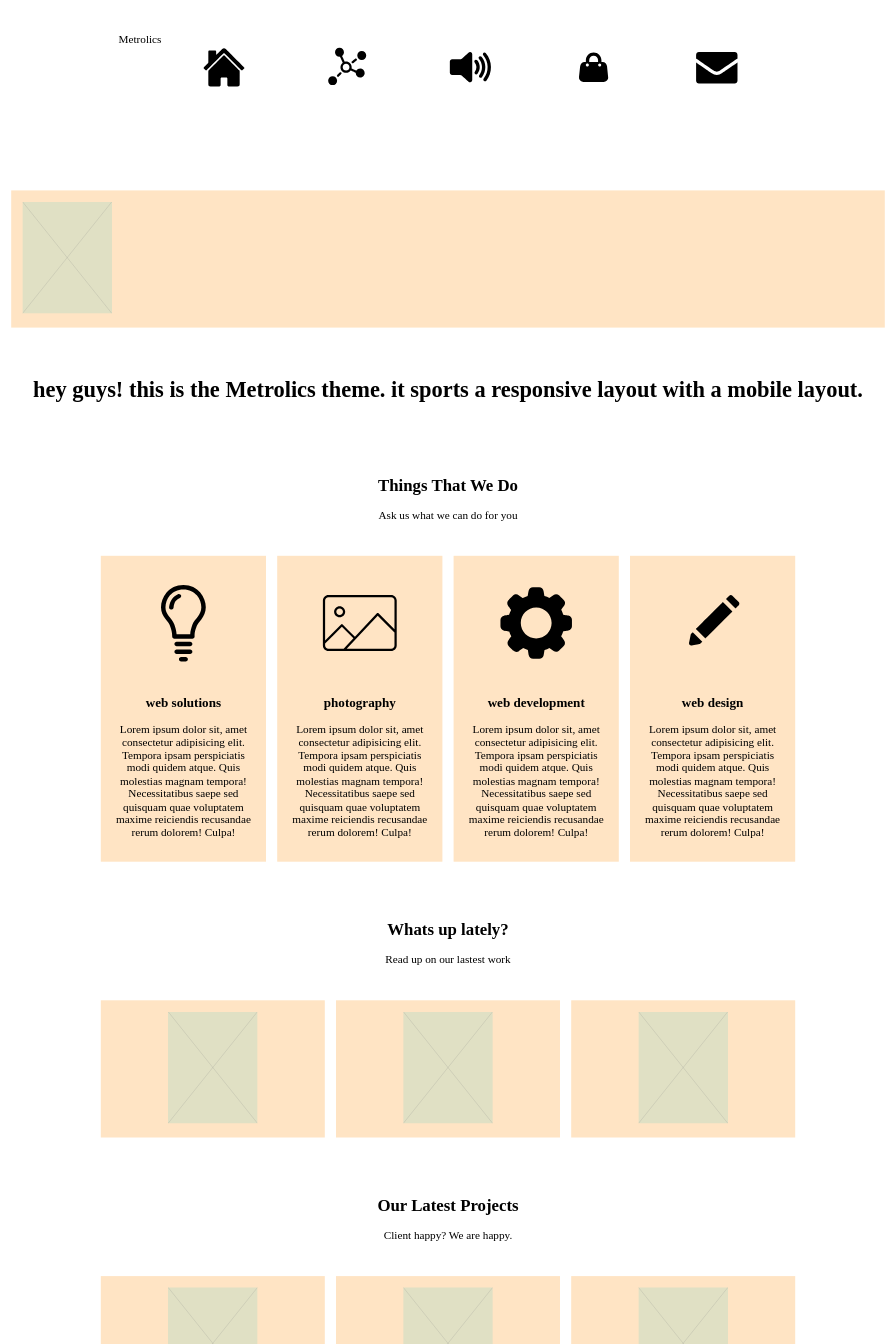
Repository: jjennbui/MDIA2003G-Assignment03B
Page: index.html
These files come from the project's save history. The page is drawn as it stood at one moment and after a run of saves; the edit follows.
The browser window is 1280 px wide. The pictures show the part of the page from y = 0 to 1920 px (the page is 2715 px tall before and 2720 px after), at 70% of full size.

Above is the page before, as saved 2023-01-30 23:23:43.

### index.html
<!doctype html>
<html class="no-js" lang="">

<head>
  <meta charset="utf-8">
  <title></title>
  <meta name="description" content="">
  <meta name="viewport" content="width=device-width, initial-scale=1">

  <meta property="og:title" content="">
  <meta property="og:type" content="">
  <meta property="og:url" content="">
  <meta property="og:image" content="">

  <link rel="manifest" href="site.webmanifest">
  <link rel="apple-touch-icon" href="icon.png">
  <!-- Place favicon.ico in the root directory -->

  <link rel="stylesheet" href="css/normalize.css">
  <link rel="stylesheet" href="css/main.css">

  <meta name="theme-color" content="#fafafa">
</head>

<body>

  <div class="menu">
    <div class="row tabs">
      <div class="Metrolics">Metrolics</div>

      <div class="navicon"> <img src="img/house-solid.svg"  >
      </div>
      <div class="navicon"> <img src="img/network-solid.svg">
      </div>
      <div class="navicon"><img src="img/volume-3-solid.svg">
      </div>
      <div class="navicon"> <img src="img/handbag-solid.svg">
      </div>
      <div class="navicon"> <img src="img/envelope-solid.svg">
       </div>
    </div>
    <div class="hamburger">
    <img src="img/three-bars-solid.svg">
    </div>
  </div>


  <div class="main-image">
    <div class="col">
      <img src="img/placeholder (1).svg">
    </div>
  </div>

  <div class="SECTION-ONE">
    <div class="text">
      <h1>hey guys! this is the Metrolics theme. it sports a responsive layout with a mobile layout.</h1>
    </div>
  </div>

  <div class="SECTION-TWO">

    <div class="text">
    <h2>Things That We Do</h2>
    <p>Ask us what we can do for you</p>
    </div>

    <div class="row m-row-2">
      <div class="col">
        <img src="img/fi-xnsuxl-bulb.svg" >
        <h3>web solutions</h3>
        <p>Lorem ipsum dolor sit, amet consectetur adipisicing elit. Tempora ipsam perspiciatis modi quidem atque. Quis
          molestias magnam tempora! Necessitatibus saepe sed quisquam quae voluptatem maxime reiciendis recusandae rerum
          dolorem! Culpa!</p>
      </div>
      <div class="col">
        <img src="img/fi-xtluxl-image-thin.svg">
        <h3>photography</h3>
        <p>Lorem ipsum dolor sit, amet consectetur adipisicing elit. Tempora ipsam perspiciatis modi quidem atque. Quis
          molestias magnam tempora! Necessitatibus saepe sed quisquam quae voluptatem maxime reiciendis recusandae rerum
          dolorem! Culpa!</p>
      </div>
      <div class="col">
        <img src="img/fi-xnsuxl-setting-solid.svg">
        <h3>web development</h3>
        <p>Lorem ipsum dolor sit, amet consectetur adipisicing elit. Tempora ipsam perspiciatis modi quidem atque. Quis
          molestias magnam tempora! Necessitatibus saepe sed quisquam quae voluptatem maxime reiciendis recusandae rerum
          dolorem! Culpa!</p>
      </div>
      <div class="col">
        <img src="img/fi-xwsuxl-pen.svg">
        <h3>web design</h3>
        <p>Lorem ipsum dolor sit, amet consectetur adipisicing elit. Tempora ipsam perspiciatis modi quidem atque. Quis
          molestias magnam tempora! Necessitatibus saepe sed quisquam quae voluptatem maxime reiciendis recusandae rerum
          dolorem! Culpa!</p>
      </div>
    </div>
  </div>

  <div class="SECTION-THREE">
    <div class="text">
      <h2>Whats up lately?</h2>
      <p>Read up on our lastest work</p>
    </div>
    <div class="row m-row-3">
      <div class="col m-row-span">
        <img src="img/placeholder (1).svg">
      </div>
      <div class="col">
        <img src="img/placeholder (1).svg">
      </div>
      <div class="col">
        <img src="img/placeholder (1).svg">
      </div>
      <div class="column">
        <img src="img/placeholder (1).svg">
      </div>
    </div>
  </div>

  <div class="SECTION-FOUR">
    <div class="text">
      <h2>Our Latest Projects</h2>
      <p>Client happy? We are happy.</p>
    </div>
    <div class="row m-row-4">
      <div class="col m-row-span">
        <img src="img/placeholder (1).svg">
      </div>
      <div class="col">
        <img src="img/placeholder (1).svg">
      </div>
      <div class="col">
        <img src="img/placeholder (1).svg">
      </div>
      <div class="col">
        <img src="img/placeholder (1).svg">
      </div>
      <div class="col">
        <img src="img/placeholder (1).svg">
      </div>
      <div class="col">
        <img src="img/placeholder (1).svg">
      </div>
    </div>
  </div>




  <div class="footer">
    <div class="text">
      <H1>FOOTER</H1>
    </div>
    <div class="row m-row-7">
    <div class="col">
      <H1>GRID</H1>
      <img src="img/placeholder (1).svg" alt="placeholder">
    </div>
    <div class="col">
      <H1>GRID</H1>
      <img src="img/placeholder (1).svg" alt="placeholder">
    </div>
    <div class="col2">
      <H1>GRID</H1>
      <img src="img/placeholder (1).svg" alt="placeholder">
    </div>
    <div class="col2">
      <H1>GRID</H1>
      <img src="img/placeholder (1).svg" alt="placeholder">
    </div>
  </div>
  </div>





</body>

</html>

### css/main.css
*,
*:before,
*:after {
  box-sizing: border-box;
}

img {
  width: 100%;

}




div,
main,
section,
footer,
main,
header {

  min-height: 1rem;
  padding: 1rem;


}

.navicon{
  display: flex;
  justify-items: center;
}

.row {
  display: grid;
  row-gap: 1rem;

}

.col {
  position: relative;
  background-color: bisque;
}

.col2 {
  position: relative;
  background-color: bisque;
}

.column {
  background-color: bisque;
}

.tab {
  background-color: beige;
}

.text {
  text-align: center;
}

img {
  width: 8rem;
  height: 10rem;
}

.footer {
  background-color: aquamarine;
}

.hamburger {
  text-align: end;
}

.row {
  margin-left: 7rem;
  margin-right: 7rem;

  column-gap: 1rem;
  row-gap: 1rem;
  text-align: center;
}

/* Small only */
@media screen and (max-width: 39.9375em) {
  .tab {
    display: none;
  }

  .SECTION-FIVE {
    display: none;
  }

  .section-six {
    display: none;
  }

  .main-image {
    display: none;
  }

  .m-row-6 {
    grid-template-columns: repeat(3, 1fr);
  }

  .m-row-7 {
    grid-template-columns: repeat(1, 1fr);
  }

  img {
    width: 4rem;
    height: 8rem;
  }

  .col2 {
    display: none;
  }

  .tabs {
    display: none;
  }
}

/* Medium and up */
@media screen and (min-width: 40em) and (max-width: 55.9375em) {

  .m-row-2 {
    grid-template-columns: 1fr 1fr;
  }

  .m-row-3 {
    grid-template-columns: repeat(2, 1fr);
  }

  .m-row-4 {
    grid-template-columns: repeat(2, 1fr);
  }

  .hamburger {
    display: none;
  }

  .m-row-6 {
    grid-template-columns: repeat(1, 1fr);
  }

  .col2 {
    display: none;
  }

  .m-row-7 {
    grid-template-columns: repeat(1, 1fr);
  }

  .tabs {
    grid-template-columns: repeat(6, .5fr);
  }
}

/*Medium Only*/
@media screen and (min-width: 56em) and (max-width: 63.9375em) {
  .m-row-6 {
    grid-template-columns: repeat(5, 1fr);
  }

  .m-row-7 {
    grid-template-columns: repeat(2, 1fr);
  }

  .hamburger {
    display: none;
  }

  .tabs {
    grid-template-columns: repeat(6, 1fr);
  }

  .m-row-2{
    grid-template-columns: repeat(2, 1fr);
  }

  .m-row-3{
    grid-template-columns: repeat(2, 1fr);
  }

  .m-row-4 {
    grid-template-columns: repeat(2, 1fr);
  }
}

/* Large and up */
@media screen and (min-width: 64em) {
  .m-row-2 {
    grid-template-columns: repeat(4, 1fr);
  }

  .m-row-3 {
    grid-template-columns: 1fr 1fr 1fr;
  }

  .m-row-4 {
    grid-template-columns: repeat(3, 1fr);
  }

  .column {
    display: none;
  }

  .m-row-5 {
    grid-template-columns: repeat(2, 1fr);
  }

  .m-row-6 {
    grid-template-columns: repeat(5, 1fr);
  }

  .m-row-7 {
    grid-template-columns: repeat(4, 1fr);
  }

  .hamburger {
    display: none;
  }

  .tabs {
    grid-template-columns: repeat(6, 1fr);
  }



  /* Large only */
  @media screen and (min-width: 64em) and (max-width: 74.9375em) {}
}

### img/house-solid.svg
<?xml version="1.0" encoding="UTF-8" standalone="no"?>
<svg
    role="img"
    xmlns="http://www.w3.org/2000/svg"
    width="1000mm"
    height="1000mm"
    viewBox="0 0 2000 2000"
    style="max-width:1.6em; height: auto;">

    <path
        id="path"
        style="opacity:1;vector-effect:none;fill:#000000;fill-opacity:1;"
        d=" M 500 75C 514 75 528 82 540 94C 540 94 950 504 950 504C 960 514 960 519 950 529C 950 529 915 564 915 564C 905 574 895 574 885 564C 885 564 515 194 515 194C 505 184 495 184 485 194C 485 194 115 564 115 564C 105 574 95 574 85 564C 85 564 50 529 50 529C 40 519 40 514 50 504C 50 504 135 419 135 419C 145 409 150 399 150 389C 150 389 150 267 150 267C 150 267 150 154 150 154C 150 139 160 129 175 129C 175 129 300 129 300 129C 315 129 326 139 325 154C 325 154 325 229 325 229C 325 229 460 94 460 94C 472 82 486 75 500 75C 500 75 500 75 500 75M 500 236C 505 236 510 239 515 244C 515 244 835 564 835 564C 845 574 850 579 850 594C 850 594 850 879 850 879C 850 914 835 929 800 929C 800 929 600 929 600 929C 590 929 575 914 575 904C 575 904 575 754 575 754C 575 739 565 729 550 729C 550 729 450 729 450 729C 435 729 425 739 425 754C 425 754 425 904 425 904C 425 914 410 929 400 929C 400 929 200 929 200 929C 165 929 150 914 150 879C 150 879 150 594 150 594C 150 579 155 574 165 564C 165 564 485 244 485 244C 490 239 495 236 500 236C 500 236 500 236 500 236"
        transform="2.5">
    </path>
</svg>

### img/network-solid.svg
<?xml version="1.0" encoding="UTF-8" standalone="no"?>
<svg
    role="img"
    xmlns="http://www.w3.org/2000/svg"
    width="1000mm"
    height="1000mm"
    viewBox="0 0 2000 2000"
    style="max-width:1.6em; height: auto;">

    <path
        id="path"
        style="opacity:1;vector-effect:none;fill:#000000;fill-opacity:1;"
        d=" M 428 168C 428 202 411 232 386 250C 386 250 446 378 446 378C 455 376 465 375 475 375C 544 375 600 431 600 500C 600 509 599 518 597 527C 597 527 705 574 705 574C 723 547 754 528 790 528C 844 528 890 573 890 628C 890 683 844 728 790 728C 735 728 690 683 690 628C 690 626 690 624 690 622C 690 622 577 572 577 572C 554 604 517 625 475 625C 406 625 350 569 350 500C 350 459 370 423 401 400C 401 400 339 268 339 268C 335 268 331 268 328 268C 273 268 228 223 228 168C 228 114 273 68 328 68C 383 68 428 114 428 168C 428 168 428 168 428 168M 925 240C 925 295 880 340 825 340C 770 340 725 295 725 240C 725 186 770 140 825 140C 880 140 925 186 925 240C 925 240 925 240 925 240M 717 322C 720 332 717 344 709 351C 709 351 639 408 639 408C 628 417 612 415 603 405C 594 394 596 378 607 369C 607 369 677 312 677 312C 681 308 687 306 692 306C 693 306 693 306 693 306C 704 306 713 313 717 322C 717 322 717 322 717 322M 400 500C 400 542 433 575 475 575C 517 575 550 542 550 500C 550 458 517 425 475 425C 433 425 400 458 400 500C 400 500 400 500 400 500M 373 626C 377 635 375 646 368 653C 368 653 313 709 313 709C 303 719 287 719 277 709C 267 699 267 683 277 673C 277 673 332 618 332 618C 337 613 343 611 350 611C 350 611 350 611 351 611C 361 611 370 617 373 626C 373 626 373 626 373 626M 275 800C 275 855 230 900 175 900C 120 900 75 855 75 800C 75 745 120 700 175 700C 230 700 275 745 275 800C 275 800 275 800 275 800"
        transform="">
    </path>
</svg>

### img/volume-3-solid.svg
<?xml version="1.0" encoding="UTF-8" standalone="no"?>
<svg
    role="img"
    xmlns="http://www.w3.org/2000/svg"
    width="1000mm"
    height="1000mm"
  viewBox="0 0 2000 2000"
    style="max-width:1.6em; height: auto;">

    <path
        id="path"
        style="opacity:1;vector-effect:none;fill:#000000;fill-opacity:1;"
        d=" M 624 333C 635 333 646 338 653 347C 726 433 728 558 659 646C 651 657 637 663 624 661C 611 659 599 650 594 637C 589 625 591 611 600 600C 647 539 646 454 596 395C 586 384 584 369 590 355C 596 342 609 334 624 333C 624 333 624 333 624 333M 719 253C 731 253 742 258 749 267C 859 398 863 588 757 723C 749 734 736 739 722 738C 709 736 698 727 693 714C 688 702 690 688 698 677C 782 570 779 419 692 315C 682 304 680 288 686 275C 692 262 705 253 719 253C 719 253 719 253 719 253M 815 172C 827 172 837 177 845 186C 993 362 998 619 856 800C 848 811 834 816 821 815C 808 813 796 804 791 791C 786 779 788 765 797 754C 917 600 913 384 787 234C 778 223 775 208 781 195C 787 181 801 173 815 172C 815 172 815 172 815 172M 491 162C 498 162 505 164 511 167C 529 175 541 193 541 212C 541 212 541 788 541 788C 541 807 529 825 511 833C 493 841 472 838 457 825C 457 825 305 688 305 688C 296 680 284 675 272 675C 272 675 91 675 91 675C 78 675 65 670 56 660C 46 651 41 638 41 625C 41 625 41 375 41 375C 41 362 46 349 56 340C 65 330 78 325 91 325C 91 325 272 325 272 325C 284 325 296 320 305 312C 305 312 457 175 457 175C 467 167 479 162 491 162C 491 162 491 162 491 162"
        transform="">
    </path>
</svg>

### img/handbag-solid.svg
<?xml version="1.0" encoding="UTF-8" standalone="no"?>
<svg
    role="img"
    xmlns="http://www.w3.org/2000/svg"
    width="1000mm"
    height="1000mm"
    viewBox="0 0 2000 2000"
    style="max-width:1.6em; height: auto;">

    <path
        id="path"
        style="opacity:1;vector-effect:none;fill:#000000;fill-opacity:1;"
        d=" M 636 415C 617 415 601 431 601 450C 601 469 617 484 636 484C 655 484 670 469 670 450C 670 431 655 415 636 415C 636 415 636 415 636 415M 361 415C 341 415 326 430 326 449C 326 468 341 484 361 484C 380 484 395 468 395 449C 395 430 380 415 361 415C 361 415 361 415 361 415M 500 246C 445 246 402 290 402 344C 402 344 402 382 402 382C 402 382 600 382 600 382C 600 382 600 343 600 343C 600 289 555 245 500 246C 500 246 500 246 500 246M 500 171C 595 170 675 247 675 343C 675 343 675 382 675 382C 675 382 700 382 700 382C 755 382 795 428 800 480C 800 480 825 727 825 727C 830 785 780 829 725 829C 725 829 275 829 275 829C 220 829 169 785 175 727C 175 727 200 480 200 480C 205 428 245 382 300 382C 300 382 327 382 327 382C 327 382 327 344 327 344C 327 344 327 344 327 344C 327 249 405 171 500 171C 500 171 500 171 500 171"
        transform="">
    </path>
</svg>

### img/envelope-solid.svg
<?xml version="1.0" encoding="UTF-8" standalone="no"?>
<svg
    role="img"
    xmlns="http://www.w3.org/2000/svg"

    viewBox="0 0 2000 2000"
    style="max-width:1.6em; height: auto;">

    <path
        id="path"
        style="opacity:1;vector-effect:none;fill:#000000;fill-opacity:1;"
        d=" M 900 163C 934 163 962 191 962 225C 962 225 962 305 962 305C 962 305 579 569 579 569C 545 592 521 600 500 600C 479 600 455 592 421 569C 421 569 38 305 38 305C 38 305 38 225 38 225C 38 191 66 163 100 163C 100 163 900 163 900 163M 379 631C 379 631 379 631 379 631C 420 658 459 675 500 675C 541 675 580 658 621 631C 621 631 621 631 621 631C 621 631 962 396 962 396C 962 396 962 800 962 800C 962 834 934 862 900 862C 900 862 100 862 100 862C 66 862 38 834 38 800C 38 800 38 396 38 396C 38 396 379 631 379 631"
        transform="">
    </path>
</svg>

### img/fi-xnsuxl-bulb.svg
<?xml version="1.0" encoding="UTF-8" standalone="no"?>
<svg
    role="img"
    xmlns="http://www.w3.org/2000/svg"
    width="1000mm"
    height="1000mm"
    viewBox="0 0 1000 1000"
    style="max-width:1.6em; height: auto;">

    <path
        id="path"
        style="opacity:1;vector-effect:none;fill:#000000;fill-opacity:1;"
        d=" M 688 159C 729 207 750 269 750 325C 750 382 726 424 702 457C 678 489 655 514 649 533C 630 588 625 602 625 650C 625 664 614 675 600 675C 600 675 400 675 400 675C 386 675 375 664 375 650C 375 604 365 573 351 533C 342 504 319 482 296 451C 273 421 250 381 250 325C 250 269 271 207 312 159C 354 110 418 75 500 75C 582 75 646 110 688 159C 688 159 688 159 688 159M 350 191C 317 230 300 281 300 325C 300 369 315 394 336 421C 356 448 384 475 399 517C 410 551 421 584 424 625C 424 625 576 625 576 625C 578 588 586 563 601 517C 614 481 641 456 662 427C 683 398 700 368 700 325C 700 281 683 230 650 191C 616 152 568 125 500 125C 432 125 384 152 350 191C 350 191 350 191 350 191M 475 194C 477 206 472 217 461 222C 415 245 399 263 390 329C 388 342 375 352 361 350C 348 348 338 335 340 321C 351 247 385 205 439 178C 442 176 446 175 450 175C 462 175 472 183 475 194C 475 194 475 194 475 194M 575 710C 589 710 600 721 600 735C 600 749 589 760 575 760C 575 760 425 760 425 760C 411 760 400 749 400 735C 400 721 411 710 425 710C 425 710 575 710 575 710M 575 795C 589 795 600 806 600 820C 600 834 589 845 575 845C 575 845 425 845 425 845C 411 845 400 834 400 820C 400 806 411 795 425 795C 425 795 575 795 575 795M 525 880C 539 880 550 891 550 905C 550 919 539 930 525 930C 507 930 491 930 475 930C 461 930 450 919 450 905C 450 891 461 880 475 880C 491 880 507 880 525 880C 525 880 525 880 525 880"
        transform="">
    </path>
</svg>

Loaded but not shown: css/normalize.css (library)

After the next 5 saves:
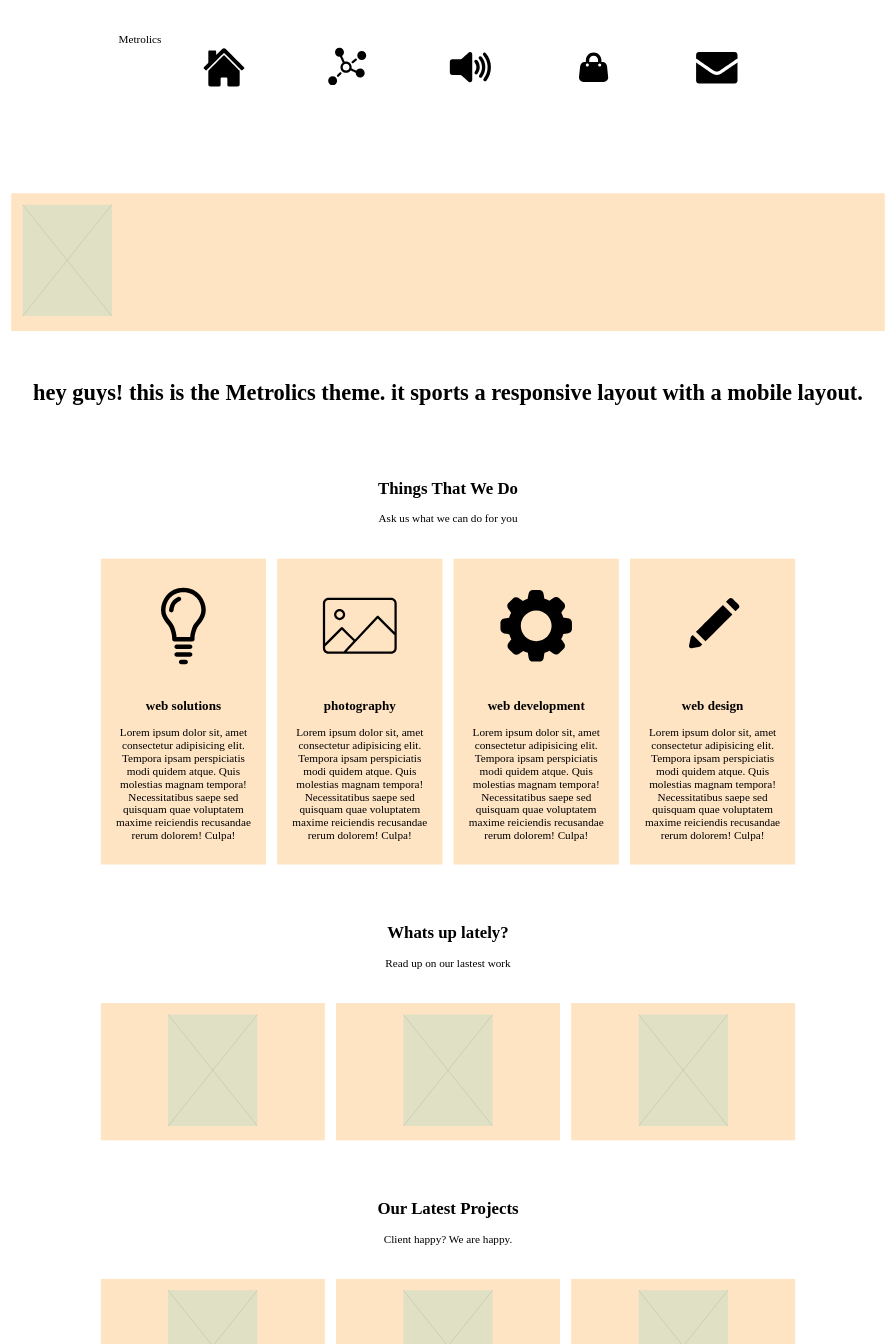
The 5 saves are shown as one change because they came seconds apart.
The last was saved 15 s later.
--- a/css/main.css
+++ b/css/main.css
@@ -25,9 +25,8 @@ header {
 
 }
 
-.navicon{
+.menu{
   display: flex;
-  justify-items: center;
 }
 
 .row {
